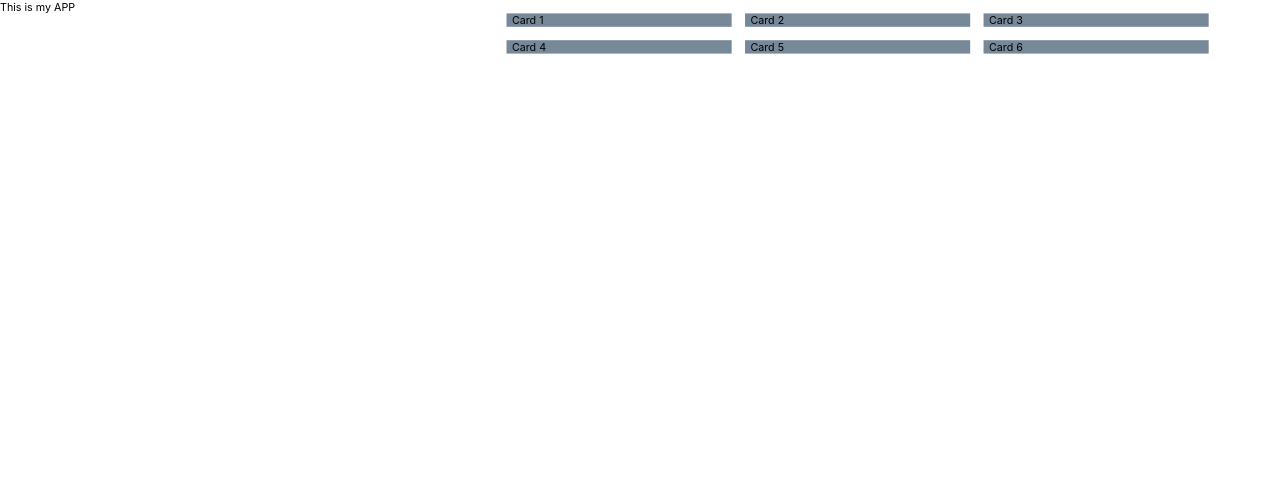
Repository: vnevescode/ui-components-react
Page: /
The author's editor kept a copy of each file at every save. The page is drawn from the files as they stood at one save, then again after the next save.
The browser window is 1280 px wide. The page is 1920 px wide, then 1280 px, so the pictures cover 1920 px, including what lies to the right of the window. The pictures show the whole page, at 67% of full size.
The project was rebuilt for these pictures with package versions that can differ from the ones it lists, and the page was loaded fresh each time.

Above is the page before, as saved 2022-06-09 22:23:38.

### src/App.js
import React from 'react';
import Cards from './components/Cards/Cards';

function App() {
  return (
    <div className="App">
      <div>This is my APP</div>
      <Cards/>
    </div>
  );
}

export default App;

### src/components/Cards/Cards.jsx
import React from 'react'
import './Cards.style.css'

const Cards = () => {
  return (
    <>
        <div className="cards">
            {/* A card with given width */}
            <div className="cards__item">
                {'Card 1'}
            </div>
            {/* Repeat other cards */}
            <div className="cards__item">
                {'Card 2'}
            </div>
            <div className="cards__item">
                {'Card 3'}
            </div>
            <div className="cards__item">
                {'Card 4'}
            </div>
            <div className="cards__item">
                {'Card 5'}
            </div>
            <div className="cards__item">
                {'Card 6'}
            </div>
        </div>
    </>
  )
}

export default Cards

### src/components/Cards/Cards.style.css

.cards{
    display: flex;
    /* flex-direction: column; */
    justify-content: center;
    flex-wrap: wrap;
    gap: 20px;
    width: 100%;
    margin: 0 50%;
}

.cards__item{
    /* width: 50px;
    height: 50px; */
    flex-basis: 25%;
    padding-left: 8px;
    padding-right: 8px;
    background-color: lightslategray;
}

Loaded but not shown: public/index.html (common file); src/index.js (common file); src/index.css (common file)

After the next save:
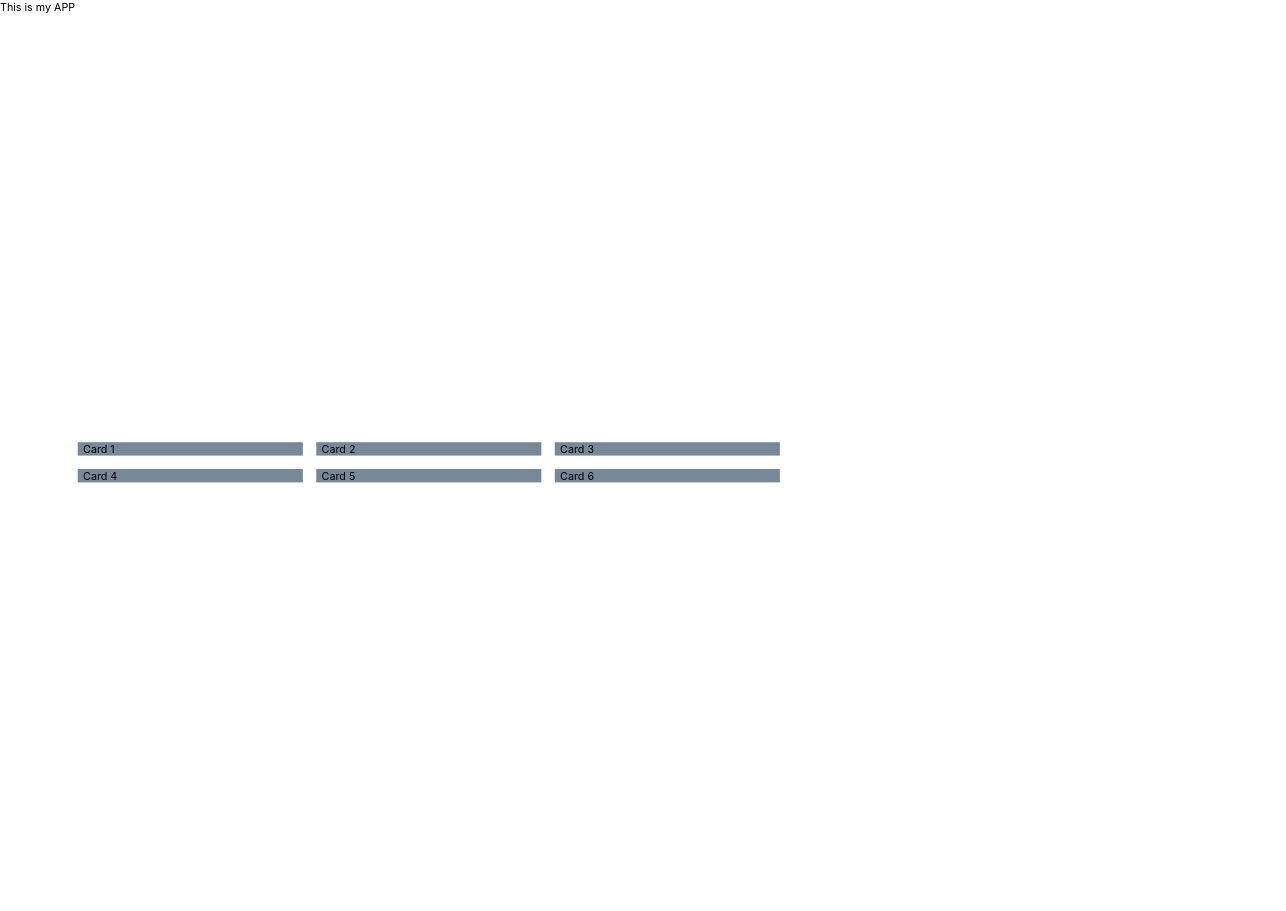
Saved 10 s later.
--- a/src/components/Cards/Cards.style.css
+++ b/src/components/Cards/Cards.style.css
@@ -6,7 +6,7 @@
     flex-wrap: wrap;
     gap: 20px;
     width: 100%;
-    margin: 0 50%;
+    margin: 50% auto;
 }
 
 .cards__item{
